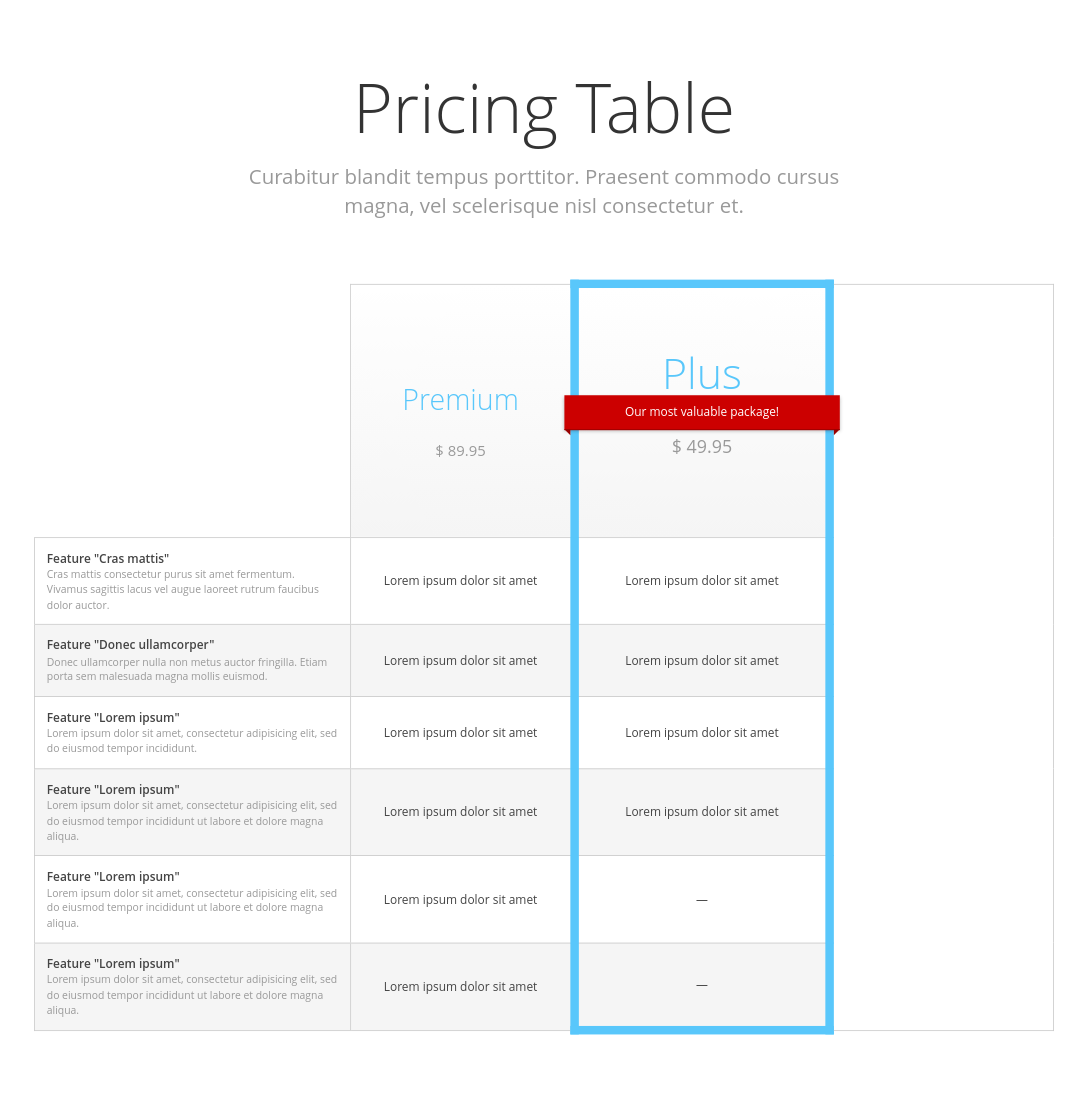
Repository: darlino/gotyu_shopify_section
Page: gotyu_table210223/index.html
These files come from the project's save history. The page is drawn as it stood at one moment and after the next save; the edit follows.
The browser window is 1280 px wide. The pictures show the whole page, at 85% of full size.

Above is the page before, as saved 2023-02-21 12:35:16.

After the next save:
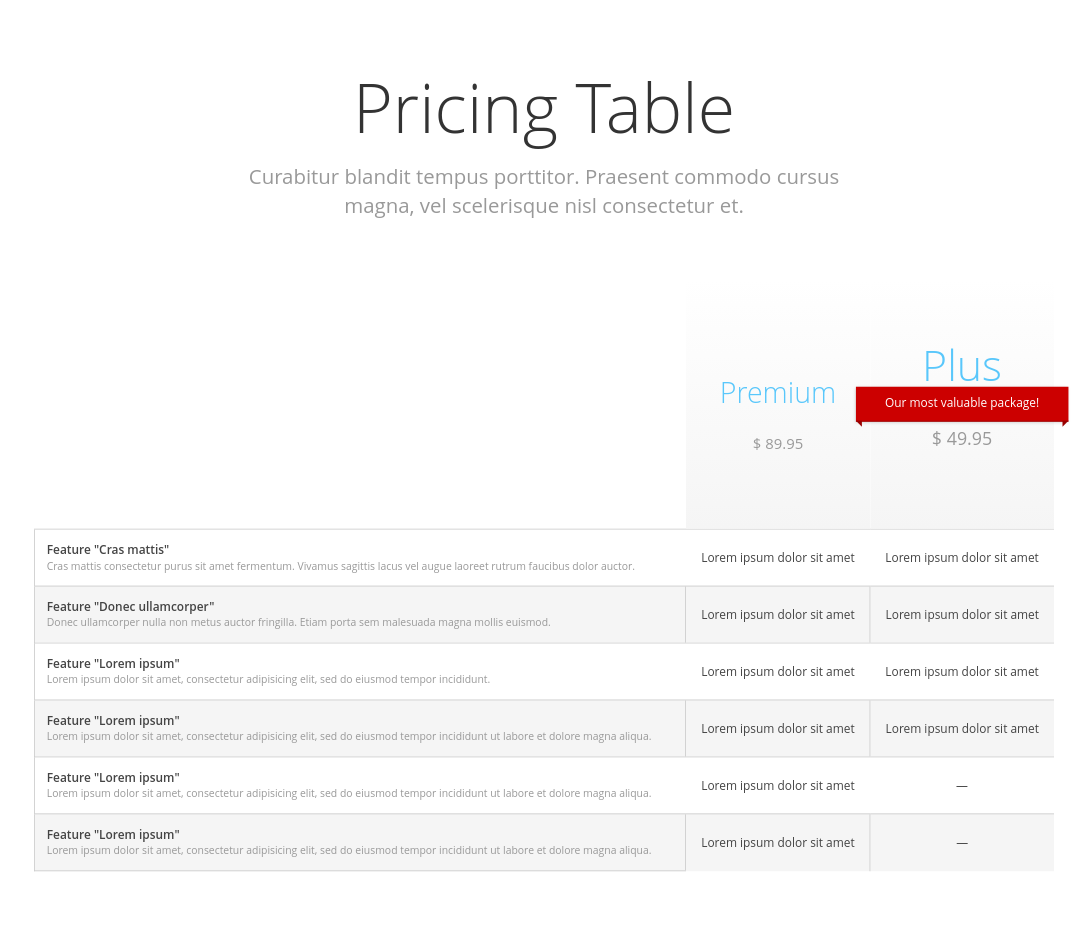
Saved 45 s later.
--- a/gotyu_table210223/index.html
+++ b/gotyu_table210223/index.html
@@ -19,10 +19,7 @@
   <p>Curabitur blandit tempus porttitor. Praesent commodo cursus magna, vel scelerisque nisl consectetur et.</p>
 	<table>
 
-		<colgroup></colgroup>
-		<colgroup></colgroup>
-		<colgroup></colgroup>
-		<colgroup></colgroup>
+
 
 	    <thead>
 	    	<tr>

After the save that followed:
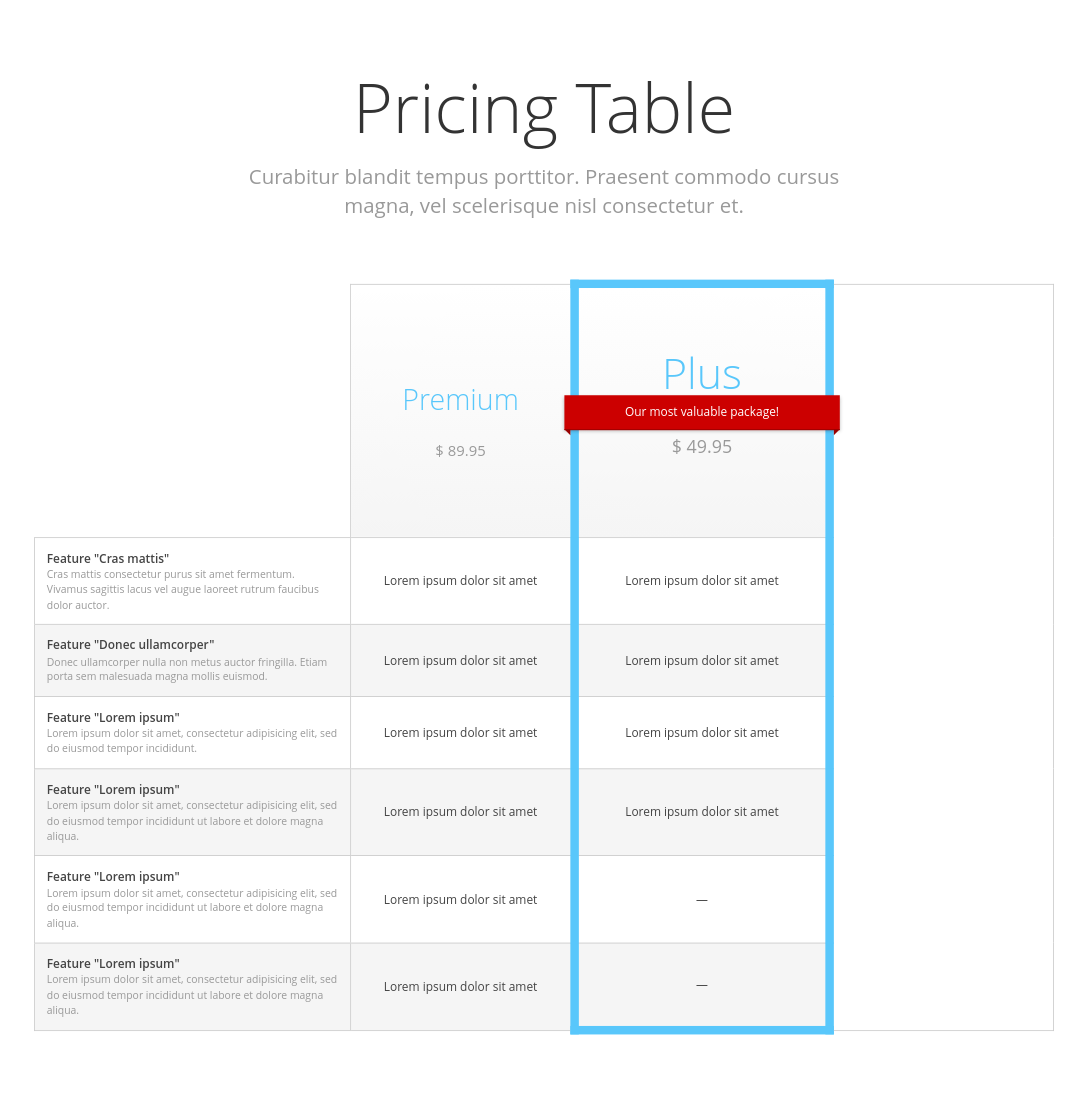
Saved 8 s later.
--- a/gotyu_table210223/index.html
+++ b/gotyu_table210223/index.html
@@ -19,7 +19,10 @@
   <p>Curabitur blandit tempus porttitor. Praesent commodo cursus magna, vel scelerisque nisl consectetur et.</p>
 	<table>
 
-
+		<colgroup></colgroup>
+		<colgroup></colgroup>
+		<colgroup></colgroup>
+		<colgroup></colgroup>
 
 	    <thead>
 	    	<tr>
